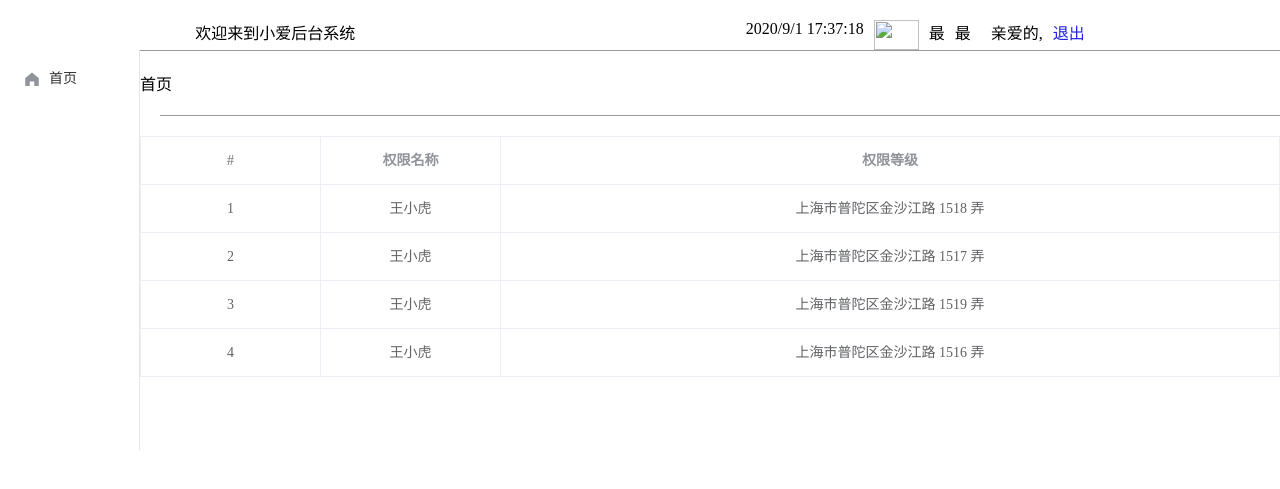
Repository: wujingwenwu/system
Page: /rights/rights
An editor plug-in stored every save of this project. The page is shown before and after the next save, followed by the edit.
The browser window is 1280 px wide. The pictures show the whole page.
The page's requests for data from a server got no answer. The project was rebuilt for these pictures with package versions that can differ from the ones it lists, and the page was loaded fresh each time. No one was signed in, and anything a server would have sent is missing. Also part of the build but not shown: vue.config.js, src/views/Home.vue.

Above is the page before, as saved 2020-09-01 23:10:32.

### public/index.html
<!DOCTYPE html>
<html lang="en">
  <head>
    <meta charset="utf-8">
    <meta http-equiv="X-UA-Compatible" content="IE=edge">
    <meta name="viewport" content="width=device-width,initial-scale=1.0">
    <link rel="icon" href="<%= BASE_URL %>favicon.ico">
    <title><%= htmlWebpackPlugin.options.title %></title>
  </head>
  <body>
    <noscript>
      <strong>We're sorry but <%= htmlWebpackPlugin.options.title %> doesn't work properly without JavaScript enabled. Please enable it to continue.</strong>
    </noscript>
    <div id="app"></div>
    <!-- built files will be auto injected -->
    <!--[if lte IE 9]>
    <div style='position:absolute; top: 50%; left:50%; margin-top: -50px;margin-left: -400px; align-items: center;justify-content: center;'>
      <div style='width: 800px; height: 100px;text-align: center'>
        <h1>
        您的浏览器版本过低 请下载最新的谷歌浏览器
      </h1>
      <div style='text-align: center;width: 800px'>
        <a href='https://www.chromestatus.com/feature/5636954674692096'>下载谷歌浏览器点此链接</a>
      </div>
      </div>
    </div>
  <![endif]-->
  </body>
</html>

### src/main.js
import Vue from "vue";
import App from "./App.vue";
import router from "./router";
import store from "./store";
import './bus'
import axios from 'axios';
import ElementUI from 'element-ui'
import 'element-ui/lib/theme-chalk/index.css'
import  echarts from 'echarts';
Vue.config.productionTip = false;
Vue.prototype.$axios = axios;
Vue.use(ElementUI)
Vue.prototype.$echarts = echarts;
new Vue({
  router,
  store,
  render: h => h(App)
}).$mount("#app");

### src/App.vue
<template>
  <div id="app">
    <router-view />
  </div>
</template>

<style lang="scss">
@import "../src/style/demo";
* {
  margin: 0;
  padding: 0;
}
</style>

### src/router/index.js
import Vue from "vue";
import VueRouter from "vue-router";
import Home from "../views/Home.vue";
import Public from '../views/publics/Public'
Vue.use(VueRouter);

const routes = [
  {
    path: '/Home',
    redirect: '/'
  },
  {
    path: "/about",
    name: "About",
    // route level code-splitting
    // this generates a separate chunk (about.[hash].js) for this route
    // which is lazy-loaded when the route is visited.
    component: () =>
      import(/* webpackChunkName: "about" */ "../views/About.vue")
  },
  {
    path: "/login",
    name: "Login",
    component: () =>
      import("../views/login/Login"),

  },
  {
    path: "/",
    name: "首页",
    component: Public,
    children: [
      {
        path: "",
        name: "Home",
        component: Home,
        meta: {
          title: "首页",
          icon: 'el-icon-s-home'
        },
      }
    ]
  },
  {
    path: "/users",
    name: "Public",
    component: Public,
    meta: {
      title: "用户管理",
      icon: 'el-icon-user-solid',
    },
    children: [
      {
        path: "users",
        name: "Users",
        component: () => import("../views/users/Users"),
        meta: {
          title: "用户列表",
          icon: 'el-icon-folder-opened',
          path: "/users/users"
        },
      }

    ]
  },
  {
    path: "/rights",
    name: "Public",
    component: Public,
    meta: {
      title: "权限管理",
      icon: 'el-icon-folder'
    },
    children: [
      {
        path: "roles",
        name: "Roles",
        component: () => import("../views/roles/Roles"),
        meta: {
          title: "角色列表",
          icon: 'el-icon-setting',
          path: '/rights/roles'
        },
      },
      {
        path: "rights",
        name: "Roles",
        component: () => import("../views/rights/Rights"),
        meta: {
          title: "权限列表",
          icon: 'el-icon-c-scale-to-original',
          path: '/rights/rights'
        },
      },
    ]
  },
  {
    path: "/goods",
    name: "Public",
    component: Public,
    meta: {
      title: "商品管理",
      icon: 'el-icon-shopping-bag-2'
    },
    children: [
      {
        path: "goods",
        name: "Goods",
        component: () => import("../views/goods/Goods"),
        meta: {
          title: "商品列表",
          icon: 'el-icon-bangzhu',
          path: '/goods/goods'
        },
      },
      {
        path: "params",
        name: "Params",
        component: () => import("../views/params/Params"),
        meta: {
          title: "分类参数",
          icon: 'el-icon-bell',
          path: '/goods/params'
        },
      },
      {
        path: "categories",
        name: "Categories",
        component: () => import("../views/categories/Categories"),
        meta: {
          title: "商品分类",
          icon: 'el-icon-date',
          path: '/goods/categories'
        },
      },
    ]
  },
  {
    path: "/orders",
    name: "Public",
    component: Public,
    meta: {
      title: "订单管理",
      icon: 'el-icon-s-order'
    },
    children: [
      {
        path: "orders",
        name: "Orders",
        component: () => import("../views/orders/Orders"),
        meta: {
          title: "订单列表",
          icon: 'el-icon-folder-add',
          path: '/orders/orders'
        },
      }

    ]
  },
  {
    path: "/reports",
    name: "Public",
    component: Public,
    meta: {
      title: "数据统计",
      icon: 'el-icon-message'
    },
    children: [
      {
        path: "reports",
        name: "Reports",
        component: () => import("../views/reports/Reports"),
        meta: {
          title: "数据报表",
          icon: 'el-icon-position',
          path: '/reports/reports'
        },
      }

    ]
  },
];

const router = new VueRouter({
  mode: "history",
  base: process.env.BASE_URL,
  routes
});

export default router;

### src/store/index.js
import Vue from "vue";
import Vuex from "vuex";
import login from './login/login';
import publics from './publics/publics';
import report from './report/report';
import management  from './management/management';
import jurisdiction from './jurisdiction/jurisdiction'
Vue.use(Vuex);

export default new Vuex.Store({
  state: {},
  mutations: {},
  actions: {},
  modules: {
    login,
    publics,
    report,
    management,
    jurisdiction
  }
});

### src/bus/index.js
import Vue from 'vue'
const bus = new Vue()
Vue.prototype.$bus = bus

### src/style/demo.scss
.d-f{
    display: flex;
    /* 弹性盒模型 */
}
.f-s-12{
    font-size: 12px;
    /* 字体大小为12px */
}
.f-s-14{
    font-size: 14px;
    /* 字体大小为14px */
}
.f-s-16{
    font-size: 16px;
    /* 字体大小为16px */
}
.f-w{
    font-weight: 700;
    /*字体 加粗 */
}
.f-c-ho{
    color: #f00;
    /* 红色 */
}
.f-c-hu{
    color: #ccc;
    /* 灰色 */
}
.f-c-b{
    color: #ffffff;
    /* 白色 */
}
.f-c-he{
    color: #000;
    /* 黑色 */
}
.t-a-l{
    text-align: left;
    /* 文本左对齐 */
}
.t-a-c{
    text-align: center;
    /* 文本居中 */
}
.t-a-r{
    text-align: right;
    /* 文本右对齐 */
}
.t-d-u{
    text-decoration: underline;
    /* 装饰在文本底部 */
}
.t-d-o{
    text-decoration: overline;
    /* 装饰在顶部 */
}
.t-d-l-t{
    text-decoration: line-through;
    /* 装饰在文本中间 */
}
.d-i{
    display: inline;
    /* 块级元素装换成行内元素 */
}
.d-i-b{
    display: inline-block;
    /* 块级元素装换成行内块元素 */
}
.d-b{
    display: block;
    /* 行内和行内块元素装换成块级元素 */
}
.d-n{
    display: none;
    /* 隐藏元素 */
}
.p-r{
    position: relative;
    /* 相对定位 */
}
.p-a{
    position: absolute;
    /* 绝对定位 */
}
.p-f{
    position: fixed;
    /* 固定定位 */
}
.b-r-50{
    border-radius: 50%;
    /* 圆角为50% */
}
.j-c-s-a{
    justify-content: space-around;
   /* 两边的子元素距离父元素的两边有间距，然后中间距离自动等分 */
}
.j-c-s-b{
    justify-content: space-between;
    /* 两边的子元素距离父元素没有间距，然后中间距离自动等分 */

}
.j-c-c{
    justify-content: center;
     /* 所有的子元素相当于父元素水平居中 */
}
.a-i-c{
    align-items: center;
    /* （竖轴排列方式）子元素相当于父元素垂直方向居中 */
}
.f-d-c{
    flex-direction: column;
    /* 弹性盒模型的竖项排列方式 */
}
*{
  margin: 0;
  padding: 0;
  /* 清除游览器的痕迹 */
}
.conter{
    display: flex;
    justify-content: center;
    /* 弹性盒模型，所有的文本在页面的中间 */
}
.warp{
   width: 1280px;
   /* 宽度为1280px，基本上不会超过1400px */
}
.o-h{
    overflow: hidden;
    /* 超出部分隐藏 */
}
.w-o-t{
    white-space: nowrap;
    overflow: hidden;
    text-overflow: ellipsis;
    /* 超出部分隐藏（只限字体） */
}
.d-n{
    display: none;
    /* 不占位置 */
}
.v-h{
    visibility: hidden;
    /* 占位置 */
}
.f-w-w{
    flex-wrap: wrap;
    /* 换行 */
}
.w-s-n{
    white-space: nowrap;
    /* 内容不换行 */
}
.m-t-20{
    margin-top: 20px;
    /* 向下20 */
}
.m-l-20{
    margin-left: 20px;

}
.m-t-10{
    margin-top: 10px;
}
.m-l-10{
    margin-left: 10px;
}
.b-c-hong{
    background-color: red;
}
.b-c-hei{
    background-color: black;
}
.b-c-bai{
    background-color: #ffffff;
}
.b-c-hui{
    background-color: #ccc;
}
.b-1-s-hong{
    border: 1px solid red;
}
.b-1-d-hong{
    border: 1px dashed red;
}
.b-1-s-bai{
    border: 1px solid #ffffff;
}
.b-1-d-bai{
    border: 1px dashed #ffffff;
}
.b-1-s-hei{
    border: 1px solid black;
}
.b-1-d-hei{
    border: 1px dashed black;
}
.b-1-s-hui{
    border: 1px solid #ccc;
}
.b-1-d-hui{
    border: 1px dashed #ccc;
}
.b-l-n{
    border-left: none;
    /* 左边框隐藏 */
}
.b-t-n{
    border-top: none;
}
.b-r-n{
    border-right: none;
}
.b-b-n{
    border-bottom: none;
}
.m-t-15{
    margin-top: 15px;
}
.m-t-30{
    margin-top: 30px;
}
.m-t-5{
    margin-top: 5px;
}
.b-none{
    border: none;
}
.f-s-18{
    font-size: 18px;
}
.m-l--10{
    margin-left: -10px;
}
.m-l-40{
    margin-left: 40px;
}
.m-t-40{
    margin-top: 40px;
}
.o-n{
    outline: none;
    /* 隐藏边框 */
}

### src/views/publics/Public.vue
<template>
<div>
  <div class="d-f publics j-c-s-a m-t-20">
    <div>欢迎来到小爱后台系统</div>
    <div class="d-f">
    <div>  {{ nowDate + ' ' + nowTime + ' ' }}</div>
     <div class="d-f m-l-10">

    <img :src="img" alt="" class="img">
    <div class="m-l-10">{{weather.type}}</div>
    <div>最{{weather.high}}</div>
    <div class="m-l-10">最{{weather.low}}</div>
    <div class="m-l-20">亲爱的,{{user}}</div>
    <div class="m-l-10 color">退出</div>
    </div>
    </div>
  </div>
  <div class="d-f">
  <el-menu
      :default-active="$route.path"
      class="el-menu-vertical-demo"
      @open="handleOpen"
      @close="handleClose" unique-opened router>
       <el-menu-item index="/">
        <i class="el-icon-s-home"></i>
        <span slot="title">首页</span>
      </el-menu-item>
      <el-submenu :index="item.path" v-for="(item,index) in menus" :key="index" >
        <template slot="title">
         <i :class="item.icon"></i>
         <span>{{item.authName}}</span>
        </template>
        <el-menu-item-group v-for="(item1,index1) in item.children" :key="index1">

          <el-menu-item :index="item1.path"><i :class="item1.icon"></i>{{item1.authName}}</el-menu-item>

        </el-menu-item-group>
      </el-submenu>



    </el-menu>
    <div>
    <div class="show"></div>
    <div class="m-t-20">首页</div>
    <div class="show1 m-t-20"></div>
  <router-view></router-view>
  </div>
  </div>
  </div>
</template>

<script>
import { createNamespacedHelpers } from 'vuex'
const userModule = createNamespacedHelpers('publics')
const { mapState: userState, mapActions: userActions } = userModule
export default {
  name: "",
  props: {},
  data() {
    return {
      nowDate: "", // 当前日期
      nowTime: "", // 当前时间
      hous:'',
      weather:'',
      img:'',
      user:'',
      routes:''
    };
  },
  components: {},
  methods: {
    handleOpen(){

    },
    handleClose(){
    },
      ...userActions(['getMenus']),
      //获取当前时间
    currentTime() {
            setInterval(this.getDate, 500);
        },
        getDate: function() {
            var _this = this;
            let yy = new Date().getFullYear();
            let mm = new Date().getMonth() + 1;
            let dd = new Date().getDate();
            let hh = new Date().getHours();
            this.hous=new Date().getHours()
            let mf =
                new Date().getMinutes() < 10
                    ? "0" + new Date().getMinutes()
                    : new Date().getMinutes();
               let my =
                new Date().getSeconds() < 10
                    ? "0" + new Date().getSeconds()
                    : new Date().getSeconds();
            _this.nowTime = hh + ":" + mf +":"+ my;
            _this.nowDate = yy + "/" + mm + "/" + dd;
        },

  },
  mounted() {
    console.log(this.$router);
    this.routes=this.$router.options.routes
       this.getMenus()
      this.currentTime();
      //获取天气
     this.$axios
      .get("http://wthrcdn.etouch.cn/weather_mini?city=成都")
      .then((res) =>{
        // console.log(res.data.data);
        this.weather=res.data.data.forecast[0]//获取到当天的天气
        console.log(this.weather);
        if(this.weather.type=='多云'){
            this.img=require("../../image/90XB9(C7P}7EJ59[7O99%K5.png")
        }if(this.weather.type=='晴天'){
          this.img=require("../../image/{}BC(0D8R~BDMVK70GMGXYT.png")
        }if(this.weather.type=='小雨'){
          this.img=require("../../image/`1L(N@R7EQZ_8M3(AY`~O~C.png")
        }

      })
      .catch((err) =>{
        console.log(err);
      });
    this.user=localStorage.getItem('user')
  },
   // 销毁定时器
    beforeDestroy: function() {
        if (this.getDate) {
            console.log("销毁定时器")
            clearInterval(this.getDate); // 在Vue实例销毁前，清除时间定时器
        }
    },
  watch: {},
  computed: {
     ...userState(['menus'])
  }
};
</script>

<style scoped lang='scss'>
.img{
    width: 45px;
    height: 30px;
}
.color{
    color: rgb(31, 31, 231);
}
.el-menu-vertical-demo:not(.el-menu--collapse) {
    width: 200px;
    min-height: 400px;
  }
  .show{
    width: 1140px;
   height: 1px;
   background: #999;

  }
  .show1{
     width: 1120px;
   height: 1px;
   background: #999;
   margin-left: 20px;
  }
</style>

### src/views/rights/Rights.vue
<template>
<!--权限列表-->
 <div >
  <el-table
    :data="tableData" class="tableDatas"
    border
    style="width: 100%">
    <el-table-column
      type="index"
      :index="indexMethod" align="center"
      label="#"
      width="180">
    </el-table-column>
    <el-table-column
      prop="name" align="center"
      label="权限名称"
      width="180">
    </el-table-column>
    <el-table-column
      prop="address" align="center"
      label="权限等级">
    </el-table-column>
  </el-table>
 </div>
</template>
<script>
import { createNamespacedHelpers } from "vuex";
const userModule = createNamespacedHelpers("jurisdiction");
const { mapState, mapActions } = userModule
 export default {
   name:'',
   props:{

    },
   data () {
     return {
    type:'list',
     tableData: [{
          date: '2016-05-02',
          name: '王小虎',
          address: '上海市普陀区金沙江路 1518 弄'
        }, {
          date: '2016-05-04',
          name: '王小虎',
          address: '上海市普陀区金沙江路 1517 弄'
        }, {
          date: '2016-05-01',
          name: '王小虎',
          address: '上海市普陀区金沙江路 1519 弄'
        }, {
          date: '2016-05-03',
          name: '王小虎',
          address: '上海市普陀区金沙江路 1516 弄'
        }]
   }
   },
   components: {

   },
   methods: {
    ...mapActions(['getPower']),
     //获取下标
     indexMethod(index){
       return index*1+1
     },
   },
   mounted() {
    this.getPower({
      type:this.type
    })
    console.log(this.getPower);
   },
   watch: {

   },
   computed: {
    ...mapState(['orderss'])
   }
 }
</script>

<style scoped lang='scss'>
.tableDatas{
  margin-top: 20px;
}
</style>

### src/store/login/login.js
import api from '../../components/http/api';
import router from '../../router';
import {Message} from 'element-ui';

export default {
  // 开启命名空间 这个文件就是单独的一个vuex的模块
  namespaced: true,
  state: {
    menus: []
  },
  mutations: {
    setMenus(state, data) {
      state.menus = data
    }
  },
  actions: {
    // 所有的请求都写在actions里面
    // action里面的方法可以传两个参数 第一个参数是整个store(vuex对象) 第二个参数是请求的参数

    async login( {commit},{username, password}) {
      console.log(commit);
      let res = await api.login({
        username,
        password
      })
      if (res.meta.status === 200) {
        // 存储信息
        localStorage.setItem('adminToken', res.data.token)
        localStorage.setItem('adminUser', JSON.stringify(res.data))
        localStorage.setItem('user',username)
        // 跳转路由
        router.push('/')
        // 提示用户
        Message.success('登录成功')
      } else {
        Message.error(res.meta.msg)
      }
    }
    // getMenus() {
    //   api.getMenus().then().catch()
    // }
  },
}

### src/store/publics/publics.js
import api from '../../components/http/api';
import router from '../../router';
import Vue from 'vue'
import { Message } from 'element-ui';
// import {Message} from 'element-ui';

export default {
    // 开启命名空间 这个文件就是单独的一个vuex的模块
    namespaced: true,
    state: {
        menus: [],
        userList: [],
        total:0
    },
    mutations: {
        setMenus(state, data) {
            state.menus = data
        },
        setUserList(state, data) {
            state.userList = data
        },
        setTotal(state, data) {
            state.total = data
        },
    },
    actions: {
        async getMenus({ commit }) {
            let res = await api.getMenus()
            if (res.meta.status === 200) {
                // 提交mutation
                commit('setMenus', res.data)
                console.log(res.data);
            }
            res.data.map(item => {
                item.children.map(item1 => {
                    item1.path = `/${item.path}/${item1.path}`
                })
            })
            res.data.map(item => {
                item.path = `/${item.path}`
            })
            res.data.map(item1 => {
                router.options.routes.map(item2 => {
                    if (item1.path === item2.path) {
                        Vue.set(item1, 'icon', item2.meta.icon)
                        item1.children.map(child1 => {
                            item2.children.map(child2 => {
                                if (child1.path === child2.meta.path) {
                                    Vue.set(child1, 'icon', child2.meta.icon)
                                }
                            })
                        })
                    }
                })
            });
        },
        async getUserList({ commit }, { pagenum, pagesize, query }) {
            try {
                let res = await api.getUserList({
                    pagenum, pagesize, query
                })
                if (res.meta.status === 200) {
                    commit('setUserList', res.data.users)
                    commit('setTotal', res.data.total)
                    console.log(res.data.users);
                }
            } catch (err) {
                console.log(err);
            }
        },
        async getState({ dispatch },{uId,type,pagenum, pagesize, query}) {
            try {
                let res = await api.getState({
                    uId,type
                })
                if (res.meta.status === 200) {
                    dispatch('getUserList',
                    {
                   pagenum, pagesize, query
                    }
                    )
                    console.log(res);
                    Message.success('设置状态成功')
                }
            } catch (err) {
                console.log(err);
            }
        },
        async getParty({ dispatch },{username,password,email,mobile, pagenum, pagesize, query }) {
            try {
                let res = await api.getParty({
                    username,password,email,mobile
                })
                if (res.meta.status === 201) {
                    dispatch('getUserList',
                    {
                   pagenum, pagesize, query
                    }
                    )
                    console.log(res);
                    Message.success('添加用户成功')
                }
            } catch (err) {
                console.log(err);
            }
        },
        async getDelete({ dispatch },{id, pagenum, pagesize, query }) {
            try {
                let res = await api.getDelete({
                    id
                })
                if (res.meta.status === 200) {
                    dispatch('getUserList',
                    {
                   pagenum, pagesize, query
                    }
                    )
                    console.log(res);
                    Message.success(res.meta.msg)
                }
            } catch (err) {
                console.log(err);
                Message.success(err.meta.msg)
            }
        },
        //修改用户
        async getAmend({ dispatch },{id,email,mobile,pagenum, pagesize, query }) {
            try {
                let res = await api.getAmend({
                    id,email,mobile
                })
                if (res.meta.status === 200) {
                    dispatch('getUserList',
                    {
                   pagenum, pagesize, query
                    }
                    )
                    console.log(res);
                    Message.success(res.meta.msg)
                }
            } catch (err) {
                console.log(err);
                Message.success(err.meta.msg)
            }
        },
    },

}

### src/store/report/report.js
import api from '../../components/http/api';
// import router from '../../router';
// import {Message} from 'element-ui';

export default {
  // 开启命名空间 这个文件就是单独的一个vuex的模块
  namespaced: true,
  state: {
   data:[],
   legend:[],
   xAxis:[]
  },
  mutations: {
    setData(state, data) {
      state.data = data
    },
    setLegend(state, data) {
        state.legend = data
      },
      setXAxis(state, data) {
        state.xAxis = data
      }
  },
  actions: {
    // 所有的请求都写在actions里面
    // action里面的方法可以传两个参数 第一个参数是整个store(vuex对象) 第二个参数是请求的参数

    async getReports( {commit}) {
      console.log(commit);
      let res = await api.getReports({

      })
      if (res.meta.status === 200) {
          this.data = res.data.series
          commit('setData', res.data.series)
          commit('setXAxis', res.data.xAxis[0].data)
          commit('setLegend', res.data.legend.data)
        console.log(res.data);
      }
    }

  },
}

### src/store/management/management.js
import api from '../../components/http/api';
// import router from '../../router';
// import {Message} from 'element-ui';

export default {
  // 开启命名空间 这个文件就是单独的一个vuex的模块
  namespaced: true,
  state: {
    orderss:[]
  },
  mutations: {
    setOrderss(state, data) {
        state.orderss = data
    },
  },
  actions: {
    // 所有的请求都写在actions里面
    // action里面的方法可以传两个参数 第一个参数是整个store(vuex对象) 第二个参数是请求的参数

    async getOrderss({ commit }, {query,pagenum,pagesize,user_id,pay_status,is_send,order_fapiao_title,order_fapiao_company,order_fapiao_content,consignee_addr}) {

      let res = await api.getOrderss({
        query,pagenum,pagesize,user_id,pay_status,is_send,order_fapiao_title,order_fapiao_company,order_fapiao_content,consignee_addr
      })
      if (res.meta.status === 200) {
        // 存储信息
        commit('setOrderss', res.data.goods)
       console.log(res.data);
      }
    }
  },
}

### src/store/jurisdiction/jurisdiction.js
import api from '../../components/http/api';
// import router from '../../router';
// import {Message} from 'element-ui';

export default {
  // 开启命名空间 这个文件就是单独的一个vuex的模块
  namespaced: true,
  state: {
    power: []
  },
  mutations: {
    setPower(state, data) {
      state.power = data
    }
  },
  actions: {
    // 所有的请求都写在actions里面
    // action里面的方法可以传两个参数 第一个参数是整个store(vuex对象) 第二个参数是请求的参数

    async getPower( {commit},{type}) {
      console.log(commit);
      let res = await api.getPower({
        type
      })
      if (res.meta.status === 200) {
        commit('setPower', res.data)
       console.log(res.data);
      }
    }
  },
}

### src/components/http/api.js
import service from './index'

export default {
  login({username, password}) {
    return service.post('/login', {
      username,
      password
    })
  },
  getMenus() {
    return service.get('menus')
  },
  getUserList({pagenum,pagesize,query}) {
    return service.get(`users?pagenum=${pagenum}&pagesize=${pagesize}&query=${query}`)
  },
  getState({uId,type}) {
    return service.put(`users/${uId}/state/${type}`)
  },
  getParty({username,password,email,mobile}) {
    return service.post(`users`,
    {username,password,email,mobile}
    )
  },
  //删除
  getDelete({id}) {
    return service.delete(`users/${id}`,
    )
  },
  //修改用户
  getAmend({id,email,mobile}) {
    return service.put(`users/${id}`,{email,mobile}
    )
  },
   //基于时间统计的折线图
   getReports() {
    return service.get(`reports/type/1/`)
  },
  //订单数据列表
  getOrderss({query,pagenum,pagesize,user_id,pay_status,is_send,order_fapiao_title,order_fapiao_company,order_fapiao_content,consignee_addr}) {
    return service.get(`orders?query=${query}&pagenum=${pagenum}&pagesize=${pagesize}&user_id=${user_id}&pay_status=${pay_status}&is_send=${is_send}&order_fapiao_title=${order_fapiao_title}&order_fapiao_company=${order_fapiao_company}&order_fapiao_content=${order_fapiao_content}&consignee_addr=${consignee_addr}`)
  },
    //基于时间统计的折线图
    getPower({type}) {
      return service.get(`rights/${type}`)
    },
}

### src/components/http/index.js
import axios from 'axios'
import nprogress from 'nprogress'
import {Message} from 'element-ui'

// 运行环境: 本地环境:devlpment 和线上(生产)环境: production
const isPro = process.env.NODE_ENV === 'production'

// 创建一个axios的实例
const service = axios.create({
  // 基础路径: 需要根据当前的运行环境来判断
  baseURL: isPro ? '线上的接口路径' : '/api',
  // 超时时间
  timeout: 100000
})


// 请求拦截: 每一次发请求都会做的事情
service.interceptors.request.use((config) => {
  nprogress.start()
  // 前后端鉴权
  // jwt: JSON WEB TOKEN
  // 登录成功之后 后端会返回一个令牌
  let token = localStorage.getItem('adminToken')
  if (token) {
    // 需要在请求头当中添加token
    config.headers['Authorization'] = token
  }
  return config
}, err => {
  nprogress.done()
  return Promise.reject(err)
})


// 响应拦截: 每一次接口返回数据的时候都会做的事情
service.interceptors.response.use((res) => {
  nprogress.done()
  return res.data
}, err => {
  if (err.response && err.response.status) {
    // 错误请求的状态码
    let status = err.response.status
    if (status === 400) {
      Message.error('参数错误')
    }
    if (status === 401) {
      Message.error('登录过期,请重新登录')
    }
    if (status === 403) {
      Message.error('没有权限')
    }
    if (status === 404) {
      Message.error('接口路径错误')
    }
    if (status === 500) {
      Message.error('服务器出错')
    }
    if (status === 503) {
      Message.error('服务器在维护')
    }
  }
  return Promise.reject(err)
})


export default service

After the next save:
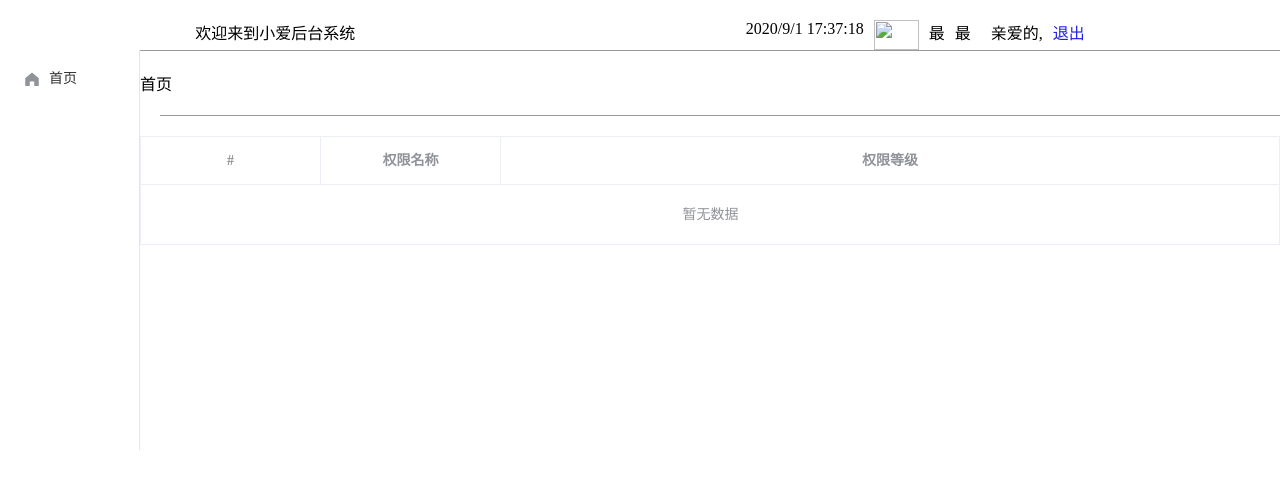
Saved 75 s later.
--- a/src/views/rights/Rights.vue
+++ b/src/views/rights/Rights.vue
@@ -2,7 +2,7 @@
 <!--权限列表-->
  <div >
   <el-table
-    :data="tableData" class="tableDatas"
+    :data="orderss" class="tableDatas"
     border
     style="width: 100%">
     <el-table-column
